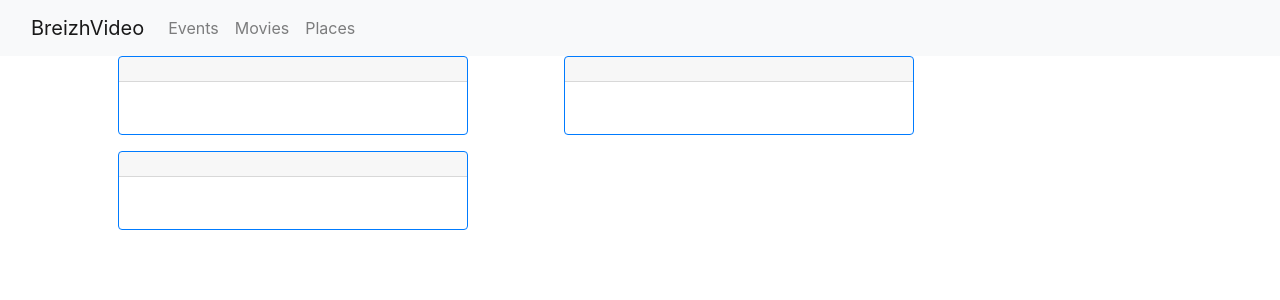
Repository: romgrm/Hackaton_BreizhVideo_FRONT
Page: /Movies
An editor plug-in stored every save of this project. The page is shown before and after the next save, followed by the edit.
The browser window is 1280 px wide. The pictures show the whole page.
The page's requests for data from a server got no answer. The project was rebuilt for these pictures with package versions that can differ from the ones it lists, and the page was loaded fresh each time. No one was signed in, and anything a server would have sent is missing. Also part of the build but not shown: src/Components/Events.js, src/Components/Village.js.

Above is the page before, as saved 2020-12-21 16:18:36.

### src/index.js
import React from 'react';
import ReactDOM from 'react-dom';
import App from './App';
import {BrowserRouter} from 'react-router-dom'


ReactDOM.render(
  <BrowserRouter>
    <App />
  </BrowserRouter>,
  document.getElementById('root')
);

### src/App.js
import bootstrap from '../node_modules/bootstrap/dist/css/bootstrap.min.css'
import Header from './Components/Header'
import {Switch, Route} from 'react-router-dom'
import Films from './Components/Films'
import Events from './Components/Events';
import Village from './Components/Village';


function App() {
  return (
    <>
    <Header />
    <Switch>
      <Route path="/Events" component={Events} />
      <Route path="/Movies" component={Films} />
      <Route path="/Places" component={Village} />
      <Route path="/" />
    </Switch>
    </>
  );
}

export default App;

### src/Components/Header.js
import React from 'react'
import {Link} from 'react-router-dom'

export default function Header() {
    return (
        <nav className="navbar navbar-expand-lg navbar-light bg-light">
  <div className="container-fluid">
    <Link className="navbar-brand" to="/">BreizhVideo</Link>
    <button className="navbar-toggler" type="button" data-bs-toggle="collapse" data-bs-target="#navbarNav" aria-controls="navbarNav" aria-expanded="false" aria-label="Toggle navigation">
      <span className="navbar-toggler-icon"></span>
    </button>
    <div className="collapse navbar-collapse" id="navbarNav">
      <ul className="navbar-nav">
        <li className="nav-item">
          <Link className="nav-link" to="/Events">Events</Link>
        </li>
        <li className="nav-item">
          <Link className="nav-link" to="/Movies">Movies</Link>
        </li>
        <li className="nav-item">
          <Link className="nav-link" to="/Places">Places</Link>
        </li>
      </ul>
    </div>
  </div>
</nav>
    )
}

### src/Components/Films.js
import React, { useState, useEffect } from 'react'
import axios from 'axios'

export default function Films() {

    const [film, setFilm] = useState([]);

    useEffect(() => {

        async function fetchData() {

            const url1 = await axios('http://localhost:8080/Film');
            setFilm(url1.data)
            console.log(film)
            // const url2 = await axios('http://localhost:9090/Agence/' + id);
            // setDataAgence(url2.data)
        }

        fetchData();
    }, []);

    return (
        <div className="container">
            <div className="row">


                <div class="card border-primary mb-3 mx-5" style={{ width: 350 }}>
                    <div class="card-header">{film.map((current) => (
                        current.title
                    ))}</div>
                    <div class="card-body text-primary">
                        <p class="card-title">{film.map((current, index) => (
                            current.releaseYear
                        ))}</p>
                        <p class="card-text">{film.map((current) => (
                            current.description
                        ))}</p>
                    </div>
                </div>
                <div class="card border-primary mb-3 mx-5" style={{ width: 350 }}>
                    <div class="card-header">{film.map((current) => (
                        current.title
                    ))}</div>
                    <div class="card-body text-primary">
                        <p class="card-title">{film.map((current, index) => (
                            current.releaseYear
                        ))}</p>
                        <p class="card-text">{film.map((current) => (
                            current.description
                        ))}</p>
                    </div>
                </div>
                <div class="card border-primary mb-3 mx-5" style={{ width: 350 }}>
                    <div class="card-header">{film.map((current) => (
                        current.title
                    ))}</div>
                    <div class="card-body text-primary">
                        <p class="card-title">{film.map((current, index) => (
                            current.releaseYear
                        ))}</p>
                        <p class="card-text">{film.map((current) => (
                            current.description
                        ))}</p>
                    </div>
                </div>
            </div>
        </div>
    )
}

Loaded but not shown: public/index.html (common file)

After the next save:
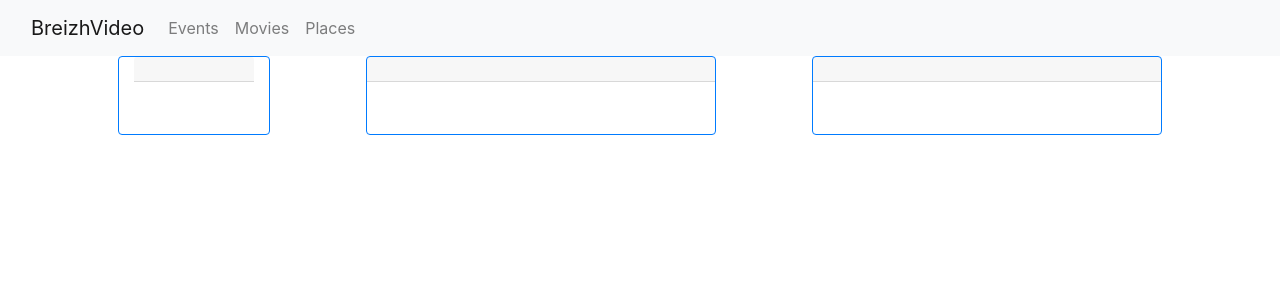
Saved 2 min 6 s later.
--- a/src/Components/Films.js
+++ b/src/Components/Films.js
@@ -24,7 +24,7 @@
             <div className="row">
 
 
-                <div class="card border-primary mb-3 mx-5" style={{ width: 350 }}>
+                <div class=" col-sm card border-primary mb-3 mx-5" style={{ width: 350 }}>
                     <div class="card-header">{film.map((current) => (
                         current.title
                     ))}</div>

After the 2 saves that followed:
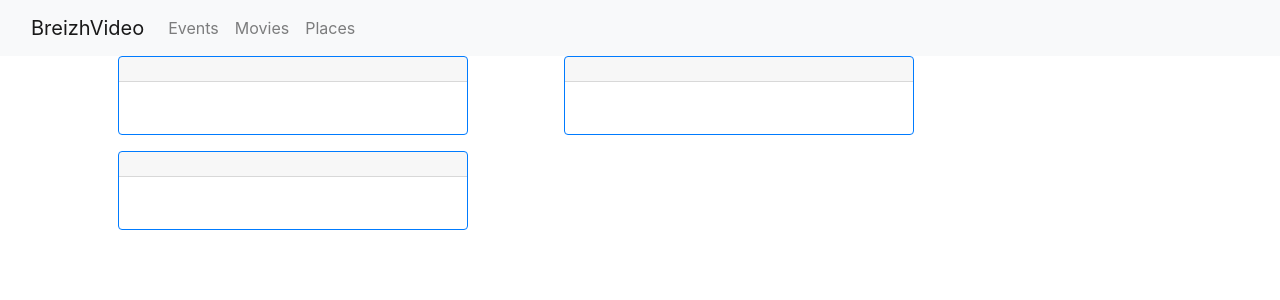
The 2 saves are shown as one change because 1 left the picture as it was.
The last was saved 21 s later.
--- a/src/Components/Films.js
+++ b/src/Components/Films.js
@@ -24,7 +24,7 @@
             <div className="row">
 
 
-                <div class=" col-sm card border-primary mb-3 mx-5" style={{ width: 350 }}>
+                <div class=" card border-primary mb-3 mx-5" style={{ width: 350 }}>
                     <div class="card-header">{film.map((current) => (
                         current.title
                     ))}</div>
